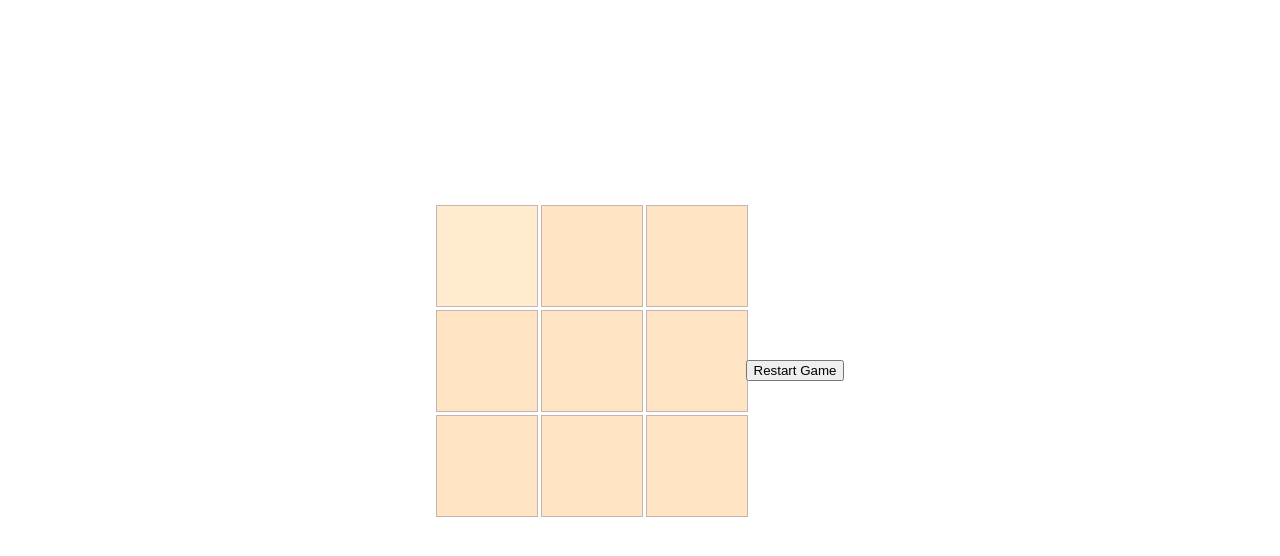
Repository: Suonii/Mo
Page: index.html
An editor plug-in stored every save of this project. The page is shown before and after the next save, followed by the edit.
The browser window is 1280 px wide. The pictures show the whole page.
The pointer rests on the first visible `.cell`.

Above is the page before, as saved 2024-07-27 16:09:22.

After the next save:
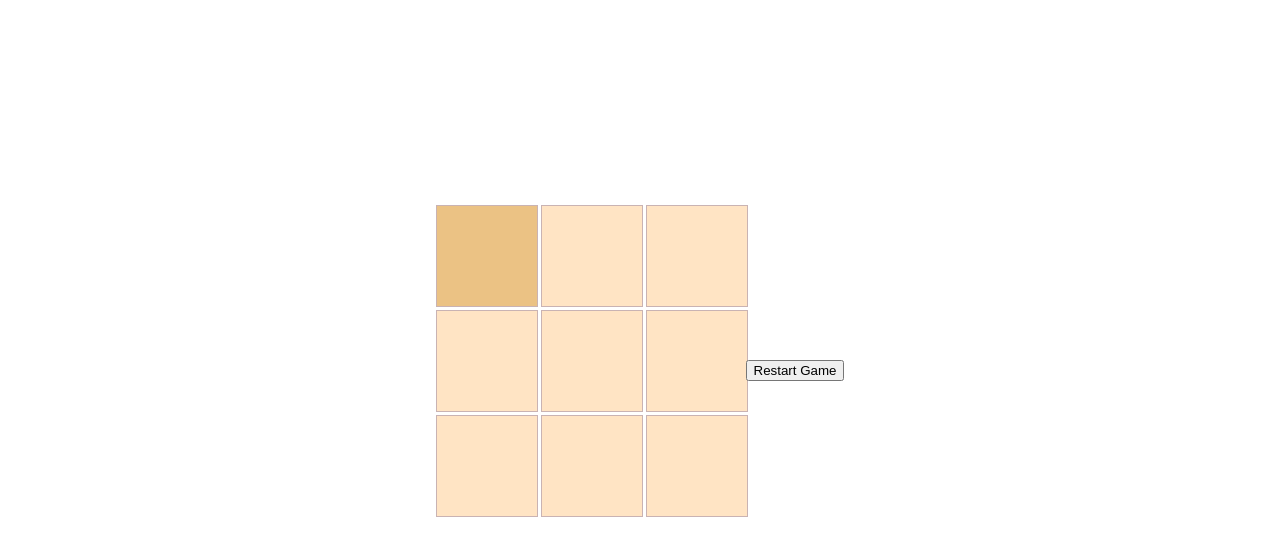
Saved 14 s later.
--- a/style.css
+++ b/style.css
@@ -27,7 +27,7 @@ body {
 }
 
 .cell:hover {
-    background-color:blanchedalmond;
+    background-color:rgb(235, 194, 132);
 }
 
 #restart-btn {
